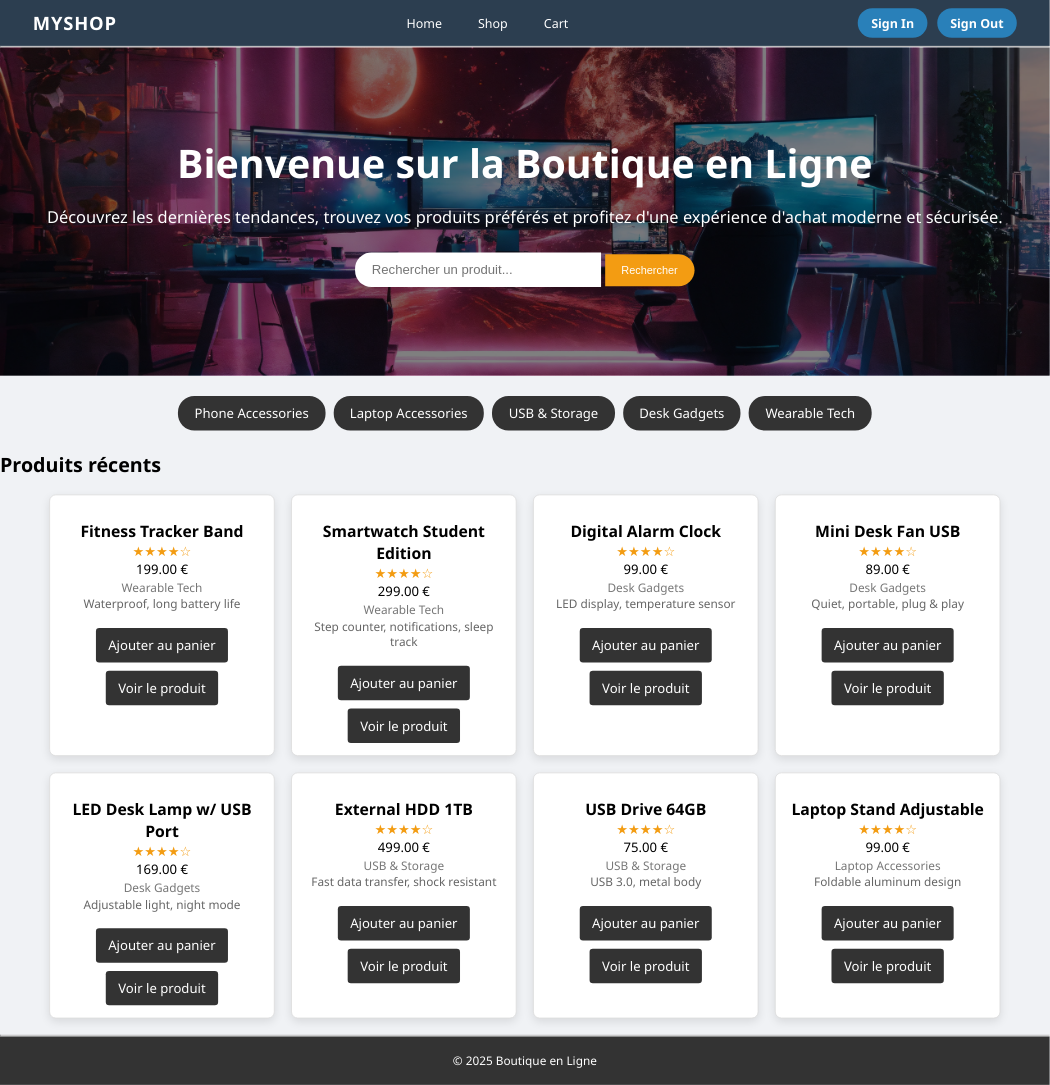
Repository: kiraj-walid/ecomerce
Page: http://localhost/
The author's editor kept a copy of each file at every save. The page is drawn from the files as they stood at one save, then again after the next save.
The browser window is 1280 px wide. The pictures show the whole page, at 82% of full size.
The page is run by PHP 8.4 with error messages shown; the project is at /var/www/html/. The database holds what the project's SQL file puts in it. Queries for data that is not in the repository find no rows.

Above is the page before, as saved 2025-05-07 15:36:00.

After the next save:
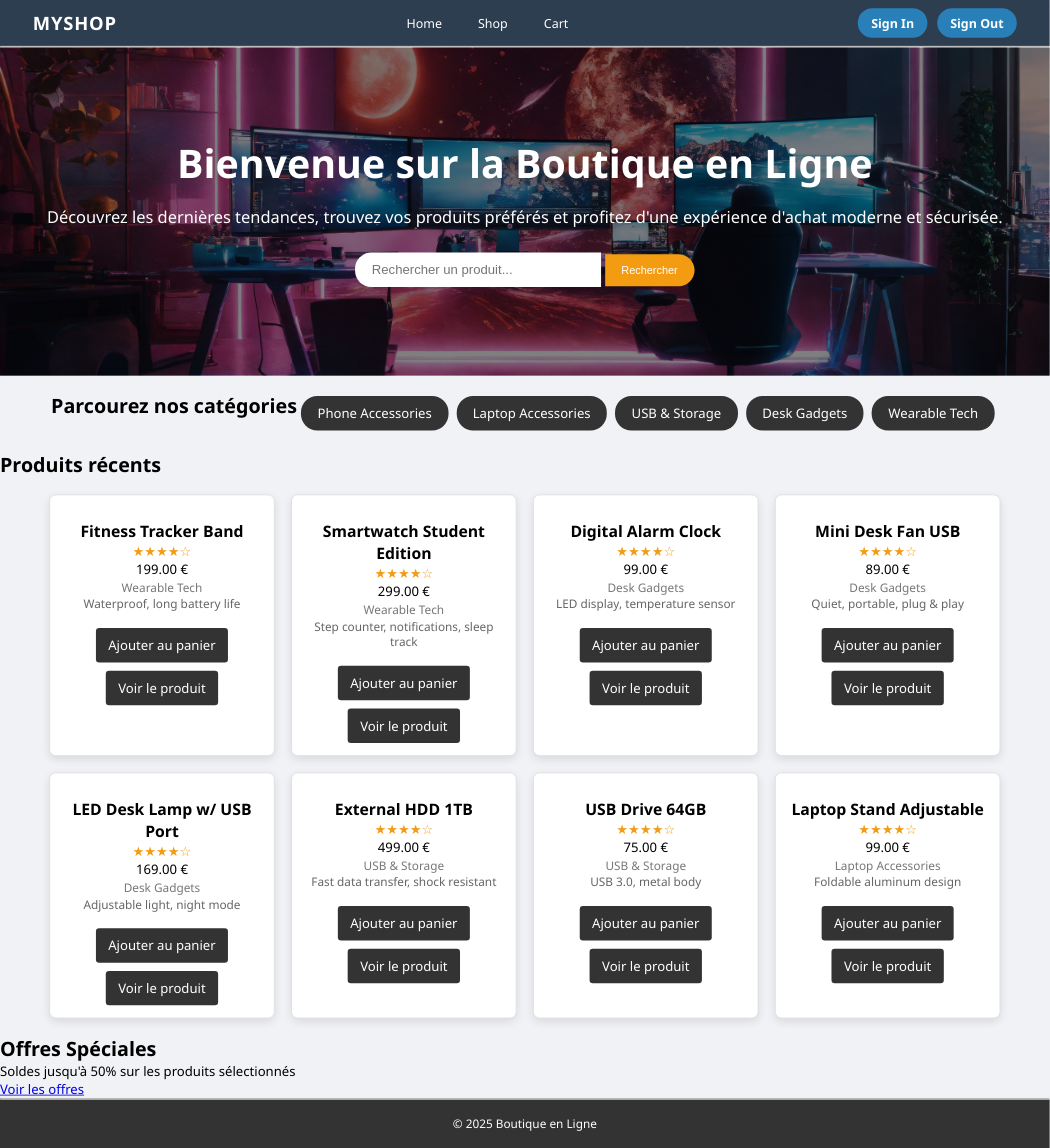
Saved 49 s later.
--- a/index.php
+++ b/index.php
@@ -10,6 +10,7 @@ $products = $pdo->query('SELECT * FROM produits ORDER BY id DESC LIMIT 8')->fetc
 $categories = $pdo->query("SELECT DISTINCT categorie FROM produits WHERE categorie IS NOT NULL AND categorie != ''")->fetchAll(PDO::FETCH_COLUMN);
 ?>
 
+<!-- Hero Section -->
 <div class="hero-section" style="background-image: url('assets/images/landingpage.webp');">
     <div class="hero-overlay"></div>
     <div class="hero-content">
@@ -26,16 +27,18 @@ $categories = $pdo->query("SELECT DISTINCT categorie FROM produits WHERE categor
     </div>
 </div>
 
+<!-- Category Filters -->
 <?php if (!empty($categories)) : ?>
     <div class="category-filters">
+        <h2>Parcourez nos catégories</h2>
         <?php foreach ($categories as $cat) : ?>
             <a href="search.php?category=<?= urlencode($cat) ?>" class="category-card"><?= htmlspecialchars($cat) ?></a>
         <?php endforeach; ?>
     </div>
 <?php endif; ?>
 
+<!-- Featured Products Section -->
 <h2 class="recent-products-title">Produits récents</h2>
-
 <?php if (count($products) === 0) : ?>
     <p class="no-products">Aucun produit disponible.</p>
 <?php else : ?>
@@ -70,4 +73,12 @@ $categories = $pdo->query("SELECT DISTINCT categorie FROM produits WHERE categor
     </div>
 <?php endif; ?>
 
+<!-- Promotions Section -->
+<section id="promotions">
+    <h2>Offres Spéciales</h2>
+    <p>Soldes jusqu'à 50% sur les produits sélectionnés</p>
+    <a href="sales-page.php" class="promo-btn">Voir les offres</a>
+</section>
+
+<!-- Footer Section -->
 <?php include 'includes/footer.php'; ?>
